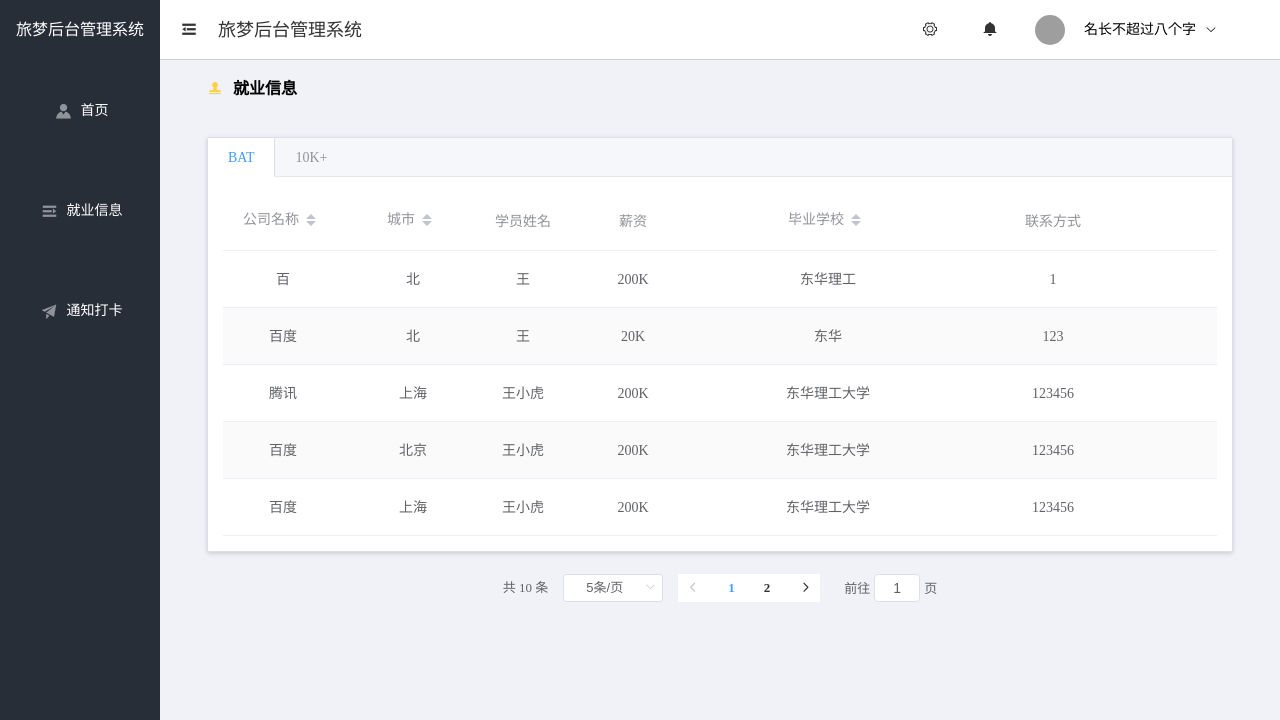
Repository: wangms618/LS-BS-management
Page: /StudentData
These files come from the project's save history. The page is drawn as it stood at one moment and after the next save; the edit follows.
The browser window is 1280 px wide. The pictures show the whole page.
Pictures or frames that could not be fetched are drawn as grey boxes. The project was rebuilt for these pictures with package versions that can differ from the ones it lists, and the page was loaded fresh each time. Also part of the build but not shown: vue.config.js, src/components/Teacher/AddNotification.vue, src/components/Teacher/AddAssignment.vue, src/components/Teacher/AddBooks.vue, src/components/Teacher/cSalary.vue.

Above is the page before, as saved 2021-08-30 13:12:34.

### src/main.js
import Vue from 'vue'
import App from './App.vue'
import router from './router'
import store from './store'
import './assets/css/reset.css'
import ElementUI from 'element-ui';
import * as echarts from 'echarts';
import 'element-ui/lib/theme-chalk/index.css';
Vue.use(ElementUI);
Vue.config.productionTip = false
Vue.prototype.$echarts = echarts

new Vue({
  router,
  store,
  render: h => h(App)
}).$mount('#app')

### src/App.vue
<template>
  <div id="app">
    <router-view></router-view>
  </div>
</template>
<script>

export default {

  methods: {},
};
</script>
<style lang="less" >
#app{
  width: 100%;
  height: 100vh;
}
</style>

### src/router/index.js
import Vue from 'vue'
import VueRouter from 'vue-router'

Vue.use(VueRouter)

const routes = [
  {
    path: '/',
    redirect: '/Login',
  },
  {
    path: '/register',
    component: () => import('@/views/Register.vue')
  },
  {
    path: '/Login',
    component: () => import('@/views/Login.vue')
  },
  {
    path: '/Home',
    component: () => import('@/views/Home.vue'),
    redirect: '/StudentNotice', // 调试学生页面时开启
    // redirect: '/TeacherHome',
    // children: [
    //   {
    //     path: '/TeacherHome',
    //     name: 'TeacherHome',
    //     component: () => import('@/views/Teacher/TeacherHome.vue')
    //   },
    //   {
    //     path: '/LearningData',
    //     name: 'LearningData',
    //     component: () => import('@/views/Teacher/LearningData.vue')
    //   },
    //   {
    //     path: '/UserManagement',
    //     name: 'UserManagement',
    //     component: () => import('@/views/Teacher/UserManagement.vue')
    //   },
    //   {
    //     path: '/ClassList',
    //     name: 'ClassList',
    //     component: () => import('@/views/Teacher/ClassList.vue')
    //   },
    //   {
    //     path: '/CourseManagement',
    //     name: 'CourseManagement',
    //     component: () => import('@/views/Teacher/CourseManagement.vue')
    //   },
    //   {
    //     path: '/Employed',
    //     name: 'Employed',
    //     component: () => import('@/views/Teacher/Employed.vue')
    //   },
    //   {
    //     path: '/Notice',
    //     name: 'Notice',
    //     component: () => import('@/views/Teacher/Notice.vue')
    //   },
    // ]
    //调试学生页面时开启
    children: [
      {
        path: '/StudentNotice',
        name: "StudentNotice",
        component: () => import('@/views/Student/Notice.vue'),
      },
      {
        path: '/StudentHome',
        name: "StudentHome",
        component: () => import('@/views/Student/StudentHome.vue'),
      },
      {
        path: '/StudentData',
        name: "StudentData",
        component: () => import('@/views/Student/StudentData.vue'),
      }
    ]
  },

]

const router = new VueRouter({
  mode: 'history',
  base: process.env.BASE_URL,
  routes
})

export default router

### src/store/index.js
import * as types from './types'
import Vue from 'vue'
import Vuex from 'vuex'
Vue.use(Vuex)

export default new Vuex.Store({
  state: {
    salary: '',
    assignments: '',
    books: '',
    notification: ''
  },
  mutations: {
    [types.CHANGE_ASSIGNMENTS](state, obj) {
      state.assignments = obj;
      console.log('修改任务', obj.code);
    },
    [types.CHANGE_BOOKS](state, obj) {
      state.books = obj;
      console.log('修改书籍', state.books);
    },
    [types.CHANGE_NOTIFICATION](state, obj) {
      state.notification = obj;
      console.log('修改公告', obj);
    },
    [types.CHANGE_SALARY](state, obj) {
      state.salary = obj
      console.log('修改毕业信息', obj);
    },
    // 清空输入栏，原因：点击修改后输入栏会保存之前输入栏的内容
    clearAssignments(state) {
      if (state.assignments) {
        state.assignments = ''
      }
    },
    clearBooks(state) {
      if (state.books) {
        state.books = ''
      }
    },
    clearNotification(state) {
      if (state.notification) {
        state.notification = ''
      }
    },
    clearSalary(state) {
      if (state.salary) {
        state.salary = ''
      }
    }
  },
  actions: {
    changeAM({ commit }, obj) {
      commit(types.CHANGE_ASSIGNMENTS, obj)
    },
    changeBK({ commit }, obj) {
      commit(types.CHANGE_BOOKS, obj)
    },
    changeNC({ commit }, obj) {
      commit(types.CHANGE_NOTIFICATION, obj)
    },
    changeSA({ commit }, obj) {
      commit(types.CHANGE_SALARY, obj)
    }
  },
  getters: {

  },
  modules: {
  }
})

### src/views/Home.vue
// 后台首页
<template>
  <div>
    <el-container>
      <el-aside width="160px">
        <span>旅梦后台管理系统</span>
        <!-- <teacher-nav-menu></teacher-nav-menu> -->
        <student-nav-menu></student-nav-menu>
      </el-aside>
      <el-container>
        <el-header>
          <v-header></v-header>
        </el-header>
        <el-main>
          <router-view></router-view>
        </el-main>
      </el-container>
    </el-container>
  </div>
</template>

<script>
import StudentNavMenu from "@/components/Student/StudentNavMenu";
// import TeacherNavMenu from "@/components/Teacher/TeacherNavMenu";
import VHeader from "@/components/Common/Header.vue";
export default {
  components: {
    // TeacherNavMenu,
    VHeader,
    StudentNavMenu,
  },
};
</script>

<style lang="less" scoped>
.el-header {
  background-color: #fff;
  color: #333;
  text-align: center;
  line-height: 60px;
  border-bottom: 1px solid #cdcfd3;
}
.el-aside {
  background-color: #282e38;
  height: 100vh;
  color: #fff;
  text-align: center;
  line-height: 60px;
}
.el-main {
  background-color: #f0f2f7;
  height: 600px;
}
.el-main::-webkit-scrollbar {
  width: 0px;
}
</style>

### src/views/Student/StudentData.vue
<!--
 * @Author: lvEndBack-manager
 * @Date: 2021-08-06 10:43:14
 * @LastEditTime: 2021-08-30 13:11:07
 * @LastEditors: Please set LastEditors
 * @Description: 展示旅梦学员的就业信息 ，管理员和老师有权限修改就业学员信息
 * @FilePath: \lm-bs-management\src\views\Teacher\Employed.vue
-->
<template>
  <div class="employed">
    <div class="header">
      <i class="el-icon-s-check" style="color: #ffd04b"></i>
      <span class="header-title">就业信息</span>
    </div>
    <div class="employContent">
      <el-tabs type="border-card" @tab-click="handleClick">
        <el-tab-pane label="BAT"
          ><salarytable
            :pagesize="pageSize"
            :currentpage="currentPage"
            :tableData="tableData"
          ></salarytable
        ></el-tab-pane>
        <el-tab-pane label="10K+"
          ><salarytable
            :pagesize="pageSize"
            :currentpage="currentPage"
            :tableData="tableData"
          ></salarytable
        ></el-tab-pane>
      </el-tabs>
    </div>
    <!-- 分页器 -->
    <div class="block" style="margin-top: 20px">
      <el-pagination
        align="center"
        @size-change="handleSizeChange"
        @current-change="handleCurrentChange"
        :current-page="currentPage"
        :page-sizes="[5, 10, 20]"
        :page-size="pageSize"
        layout="total, sizes, prev, pager, next, jumper"
        :total="tableData.length"
      >
      </el-pagination>
    </div>
  </div>
</template>

<script>
import salarytable from "@/components/Student/SalaryTable.vue";
export default {
  data() {
    return {
      tableData: [
        {
          companyName: "百",
          address: "北",
          studentName: "王",
          salary: "200K",
          graduatedSchool: "东华理工",
          contactDetails: "1",
          weChat: "1",
        },
        {
          companyName: "百度",
          address: "北",
          studentName: "王",
          salary: "20K",
          graduatedSchool: "东华",
          contactDetails: "123",
          weChat: "1236",
        },
        {
          companyName: "腾讯",
          address: "上海",
          studentName: "王小虎",
          salary: "200K",
          graduatedSchool: "东华理工大学",
          contactDetails: "123456",
          weChat: "1234546",
        },
        {
          companyName: "百度",
          address: "北京",
          studentName: "王小虎",
          salary: "200K",
          graduatedSchool: "东华理工大学",
          contactDetails: "123456",
          weChat: "1234546",
        },
        {
          companyName: "百度",
          address: "上海",
          studentName: "王小虎",
          salary: "200K",
          graduatedSchool: "东华理工大学",
          contactDetails: "123456",
          weChat: "1234546",
        },
        {
          companyName: "腾讯",
          address: "北京",
          studentName: "王小虎",
          salary: "200K",
          graduatedSchool: "东华理工大学",
          contactDetails: "123456",
          weChat: "1234546",
        },
        {
          companyName: "度",
          address: "北京",
          studentName: "王小虎",
          salary: "2K",
          graduatedSchool: "华东地质学员",
          contactDetails: "1256",
          weChat: "124546",
        },
        {
          companyName: "阿里",
          address: "北京",
          studentName: "小虎",
          salary: "200K",
          graduatedSchool: "华地质学员",
          contactDetails: "123456",
          weChat: "1234546",
        },
        {
          companyName: "度",
          address: "北京",
          studentName: "王虎",
          salary: "200K",
          graduatedSchool: "东华理工大学",
          contactDetails: "1256",
          weChat: "1234546",
        },
        {
          companyName: "百",
          address: "北",
          studentName: "王小",
          salary: "200K",
          graduatedSchool: "东华理工大学",
          contactDetails: "1234",
          weChat: "1234546",
        },
      ],
      currentPage: 1, // 当前页码
      total: 20, // 总条数
      pageSize: 5, // 每页的数据条数
    };
  },
  methods: {
    //每页条数改变时触发 选择一页显示多少行
    handleSizeChange(val) {
      console.log(`每页 ${val} 条`);
      this.currentPage = 1;
      this.pageSize = val;
    },
    //当前页改变时触发 跳转其他页
    handleCurrentChange(val) {
      console.log(`当前页: ${val}`);
      this.currentPage = val;
    },
    handleClick(tab, event) {
      console.log(tab.$options.propsData, event);
      console.log(this.activeName);
      this.currentPage = 1;
    },
  },
  components: {
    salarytable,
  },
  mounted() {},
};
</script>
<style lang='less' scoped>
.header {
  .header-title {
    margin-left: 10px;
    font-weight: bold;
  }
}
.el-tabs {
  border-radius: 2px;
}
.employed {
  width: 95%;
  margin: 0 auto;
}
.employContent {
  margin-top: 40px;
}
</style>

### src/store/types.js
export const CHANGE_ASSIGNMENTS = 'changeAssignments'
export const CHANGE_BOOKS = 'changeBooks'
export const CHANGE_NOTIFICATION = 'changeNotification'
export const CHANGE_SALARY = 'changeSalary'

### src/components/Student/StudentNavMenu.vue
<template>
  <el-row class="tac">
    <el-col>
      <el-menu
        router="true"
        :default-active="activeItem"
        class="el-menu-vertical-demo"
        background-color="#282E38"
        text-color="#fff"
        active-text-color="#ffd04b"
      >
        <el-menu-item index="/StudentHome">
          <i class="el-icon-s-custom"></i>
          <span slot="title">首页</span>
        </el-menu-item>
        <el-menu-item index="/StudentData">
          <i class="el-icon-s-unfold"></i>
          <span slot="title">就业信息</span>
        </el-menu-item>
        <el-menu-item index="StudentNotice">
          <i class="el-icon-s-promotion"></i>
          <span slot="title">通知打卡</span>
        </el-menu-item>
      </el-menu>
    </el-col>
  </el-row>
</template>

<script>
export default {
  data() {
    return {
      activeItem: "",
    };
  },
  mounted() {
    this.activeItem = window.location.pathname.slice(1);
  },
};
</script>

<style lang="less">
.el-menu-item {
  height: 100px;
  line-height: 100px;
  width: 160px;
}
</style>

### src/components/Common/Header.vue
<template>
  <div class="header">
    <div class="header-left">
      <i class="el-icon-s-fold"></i>
      <span>旅梦后台管理系统</span>
    </div>
    <div class="header-right">
      <div class="header-right_setting">
        <i class="el-icon-setting"></i>
      </div>
      <div class="header-right_notice">
        <i class="el-icon-message-solid"></i>
      </div>
      <div class="header-right_user">
        <el-dropdown>
          <div class="el-dropdown-link">
            <div class="header-user_img">
              <img
                src="https://img03.sogoucdn.com/app/a/100520093/ca86e620b9e623ff-f4709b64c5c0ee80-4767e89ad0a20b3e72a61fe4a89414f2.jpg"
              />
            </div>
            <div class="header-user_name"><span>名长不超过八个字</span></div>
            <div class="icon">
              <i class="el-icon-arrow-down el-icon--right"></i>
            </div>
          </div>
          <el-dropdown-menu slot="dropdown">
            <el-dropdown-item>修改密码</el-dropdown-item>
            <el-dropdown-item>退出登录</el-dropdown-item>
          </el-dropdown-menu>
        </el-dropdown>
      </div>
    </div>
  </div>
</template>

<script>
export default {};
</script>

<style lang="less" scoped>
.header {
  display: flex;
  justify-content: space-between;
  width: 100%;
  height: 60px;
  .header-left {
    font-size: 18px;
    span {
      margin-left: 20px;
    }
  }
  .header-right {
    display: flex;
    width: 360px;
    .header-right_setting,
    .header-right_notice {
      width: 60px;
      height: 60px;
      .el-icon-setting,
      .el-icon-message-solid {
        cursor: pointer;
      }
    }
    .header-right_user {
      .el-dropdown-link {
        cursor: pointer;
        color: #000;
        display: flex;
        width: 200px;
        height: 60px;
        box-sizing: border-box;
        .header-user_img {
          width: 60px;
          height: 60px;
          display: flex;
          img {
            margin: auto;
            width: 30px;
            height: 30px;
            border-radius: 50%;
          }
        }
        .header-user_name {
          width: 120px;
        }
      }
      .el-icon-arrow-down {
        font-size: 12px;
      }
    }
  }
}
</style>

### src/components/Student/SalaryTable.vue
<!--
 * @Author: your name
 * @Date: 2021-08-12 15:48:10
 * @LastEditTime: 2021-08-23 22:58:16
 * @LastEditors: Please set LastEditors
 * @Description: 工资表格
 * @FilePath: \lm-bs-management\src\components\Teacher\SalaryTable.vue
-->

<template>
  <el-table
    :data="
      tableData.slice((currentpage - 1) * pagesize, currentpage * pagesize)
    "
    :default-sort="{ prop: 'date', order: 'descending' }"
    style="width: 100%"
    stripe
  >
    <el-table-column
      prop="companyName"
      label="公司名称"
      sortable
      align="center"
      width="120"
    >
    </el-table-column>
    <el-table-column
      prop="address"
      align="center"
      sortable
      label="城市"
      width="140"
    >
    </el-table-column>
    <el-table-column prop="studentName" align="center" label="学员姓名">
    </el-table-column>
    <el-table-column prop="salary" align="center" label="薪资" width="140">
    </el-table-column>
    <el-table-column
      prop="graduatedSchool"
      label="毕业学校"
      sortable
      align="center"
      width="250"
    >
    </el-table-column>
    <el-table-column
      prop="contactDetails"
      align="center"
      label="联系方式"
      width="200"
    >
    </el-table-column>
    <el-table-column prop="weChat" align="center" label="微信" width="200">
    </el-table-column>
    <el-table-column label="操作">
      <template slot-scope="scope">
        <el-button
          type="text"
          align="right"
          size="small"
          @click="changeSalary(scope.row)"
          >编辑</el-button
        >
      </template>
    </el-table-column>
  </el-table>
</template>

<script>
import { salaryMixin } from "@/common/js/mixin.js";
export default {
  mixins: [salaryMixin],
  data() {
    return {
      // pagesize: 5,
      // currentpage: 1,
    };
  },
  props: {
    currentpage: {
      typeof: Number,
    },
    pagesize: {
      typeof: Number,
    },
    tableData: {
      typeof: Array,
    },
  },
  mounted() {
    //打印父组件实例
    console.log(this.$parent);
  },
  methods: {},
};
</script>

<style>
</style>

Loaded but not shown: public/index.html (common file); src/assets/css/reset.css (common file); src/common/js/mixin.js (387 lines, source omitted)

After the next save:
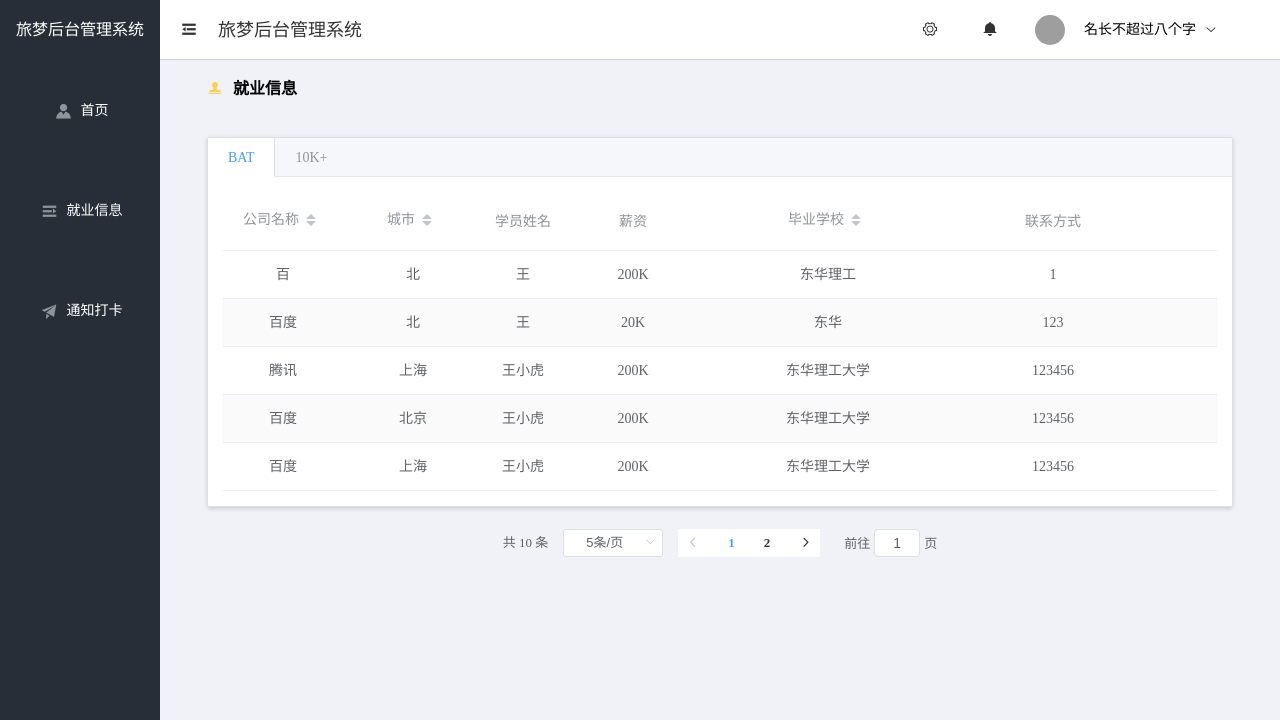
Saved 40 s later.
--- a/src/components/Student/SalaryTable.vue
+++ b/src/components/Student/SalaryTable.vue
@@ -53,7 +53,7 @@
     </el-table-column>
     <el-table-column prop="weChat" align="center" label="微信" width="200">
     </el-table-column>
-    <el-table-column label="操作">
+    <!-- <el-table-column label="操作">
       <template slot-scope="scope">
         <el-button
           type="text"
@@ -63,14 +63,14 @@
           >编辑</el-button
         >
       </template>
-    </el-table-column>
+    </el-table-column> -->
   </el-table>
 </template>
 
 <script>
-import { salaryMixin } from "@/common/js/mixin.js";
+// import { salaryMixin } from "@/common/js/mixin.js";
 export default {
-  mixins: [salaryMixin],
+  //   mixins: [salaryMixin],
   data() {
     return {
       // pagesize: 5,
